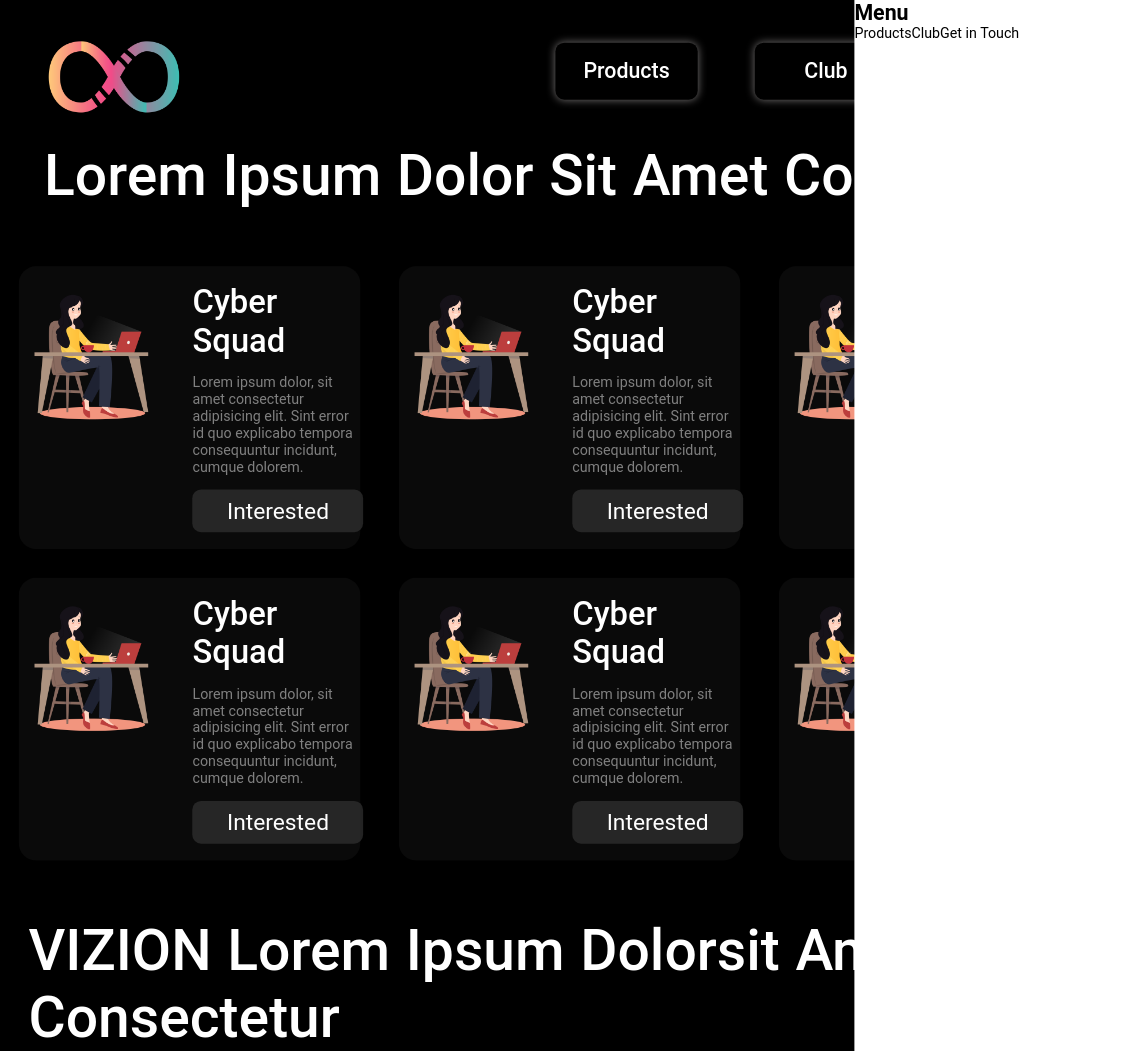
Repository: kapil4457/vizion-internship-project
Page: /
An editor plug-in stored every save of this project. The page is shown before and after the next save, followed by the edit.
The browser window is 1280 px wide. The pictures show the whole page, at 89% of full size.
The project was rebuilt for these pictures with package versions that can differ from the ones it lists, and the page was loaded fresh each time. Also part of the build but not shown: src/index.css.

Above is the page before, as saved 2022-10-29 10:48:31.

After the next save:
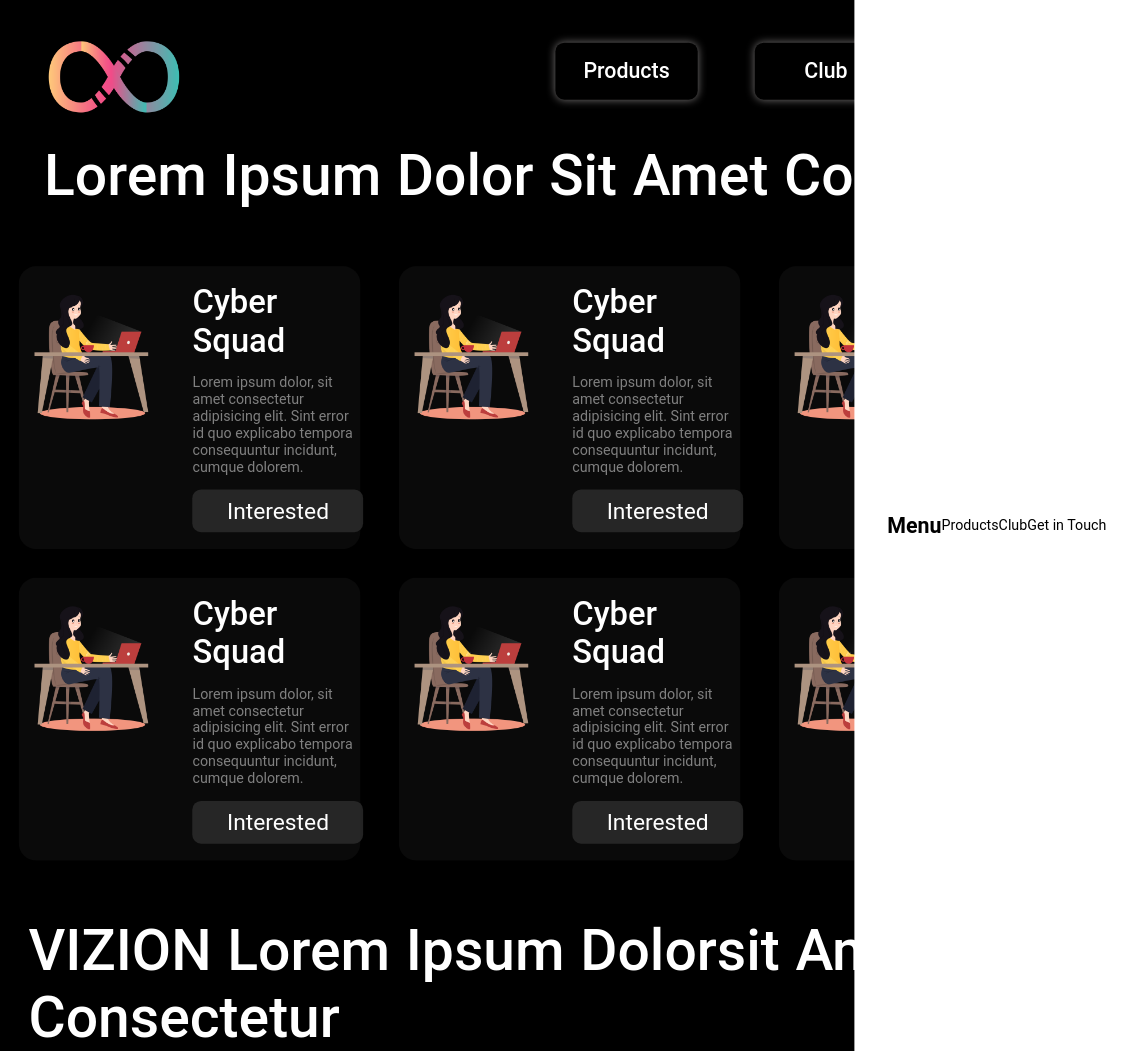
Saved 19 s later.
--- a/src/components/Header/Header.css
+++ b/src/components/Header/Header.css
@@ -56,7 +56,10 @@ body{
     bottom:0;
     background-color: white;
     z-index: 999;
-    width:20rem
+    width:20rem;
+    display:flex;
+    justify-content: center;
+    align-items: center;
 }
 
 .side-header>a , .side-header>h2{
